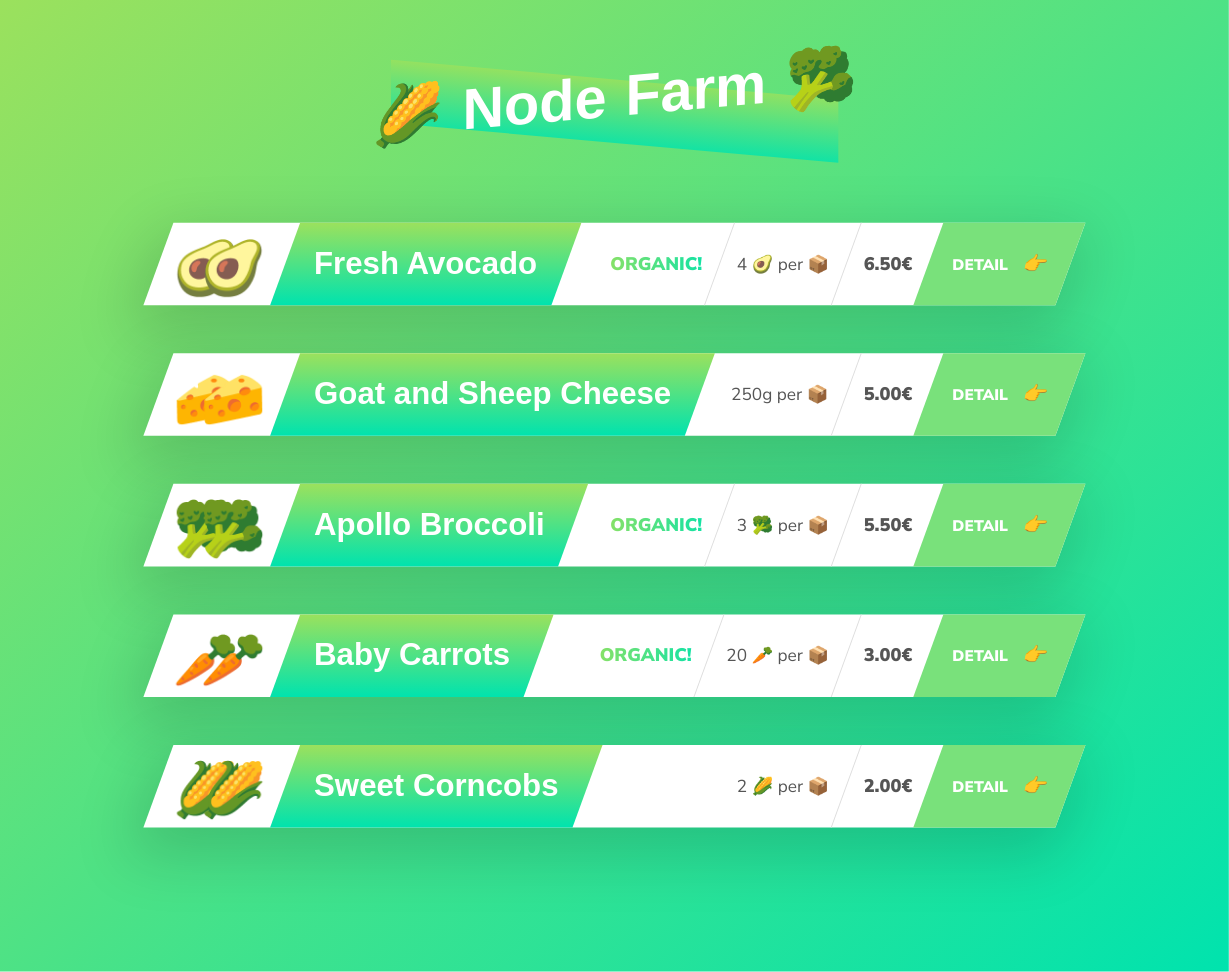
Repository: TranMinhMan040702/nodeJS_UDM
Page: templates/template-overview.html
An editor plug-in stored every save of this project. The page is shown before and after the next save, followed by the edit.
The browser window is 1280 px wide. The pictures show the whole page, at 96% of full size.
Some web fonts or font styles are not loaded; a fallback is used.

Above is the page before, as saved 2022-09-16 19:55:58.

### templates/template-overview.html
<!DOCTYPE html>
<html lang="en">
    <head>
        <meta charset="UTF-8" />
        <meta name="viewport" content="width=device-width, initial-scale=1.0" />
        <meta http-equiv="X-UA-Compatible" content="ie=edge" />
        <link
            href="https://fonts.googleapis.com/css?family=Megrim|Nunito+Sans:400,900"
            rel="stylesheet"
        />
        <link
            rel="icon"
            href="https://emojipedia-us.s3.dualstack.us-west-1.amazonaws.com/thumbs/240/apple/155/ear-of-maize_1f33d.png"
        />

        <title>NODE FARM</title>

        <style>
            *,
            *::before,
            *::after {
                margin: 0;
                padding: 0;
                box-sizing: inherit;
            }

            html {
                font-size: 62.5%;
                box-sizing: border-box;
            }

            body {
                padding: 5rem 5rem 10rem;
                line-height: 1.7;
                font-family: "Nunito Sans", sans-serif;
                color: #555;
                min-height: 100vh;
                background: linear-gradient(to bottom right, #9be15d, #00e3ae);
            }

            h1 {
                font-family: "Megrim", sans-serif;
                font-size: 6rem;
                color: white;
                transform: skewY(-5deg);
                text-align: center;
                position: relative;
                word-spacing: 3px;
            }

            h1::before {
                content: "";
                display: block;
                height: 65%;
                width: 49%;
                position: absolute;
                top: 105%;
                left: 50%;
                background: linear-gradient(to bottom, #9be15d, #00e3ae);
                opacity: 0.8;
                z-index: -1;
                transform: skewY(370deg) translate(-50%, -50%);
            }

            .container {
                width: 95rem;
                margin: 0 auto;
            }

            .cards-container {
                margin-top: 8rem;
            }

            .card {
                background: white;
                box-shadow: 0 2rem 6rem 1rem rgba(0, 0, 0, 0.15);
                margin-bottom: 5rem;
                transform: skewX(-20deg);
                display: flex;
                transition: all 0.5s;
            }

            .card__emoji {
                font-size: 5.5rem;
                line-height: 1.2;
                padding: 1.5rem 6rem 0.5rem 1.5rem;
                letter-spacing: -4rem;
                transform: skewX(20deg);
            }

            .card__title-box {
                background: linear-gradient(to bottom, #9be15d, #00e3ae);
                margin-right: auto;
                display: flex;
                align-items: center;
                padding: 0 3rem;
            }

            .card__title {
                font-family: "Megrim", sans-serif;
                color: white;
                font-size: 3.25rem;
                transform: skewX(20deg);
            }

            .card__details {
                display: flex;
            }

            .card__detail-box {
                align-self: stretch;
                border-right: 1px solid #ddd;
                display: flex;
                align-items: center;
            }

            .card__detail-box:last-child {
                border: none;
            }

            .card__detail {
                font-weight: 400;
                font-size: 1.8rem;
                transform: skewX(20deg);
                padding: 1.75rem;
            }

            .card__detail--organic {
                font-weight: 900;
                text-transform: uppercase;
                font-size: 1.9rem;
                background-image: linear-gradient(to right, #9be15d, #00e3ae);
                -webkit-background-clip: text;
                background-clip: text;
                color: transparent;
            }

            .card__detail--price {
                font-weight: 900;
                font-size: 1.9rem;
            }

            .card__link:link,
            .card__link:visited {
                flex: 0 0 auto;
                background-color: #79e17b;
                color: white;
                font-size: 1.6rem;
                font-weight: 900;
                text-transform: uppercase;
                text-decoration: none;
                padding: 2.5rem;
                text-align: center;
                display: flex;
                align-items: center;
                justify-content: center;
                transition: all 0.3s;
            }

            .card__link:hover,
            .card__link:active {
                background-color: #9be15d;
            }

            .card__link span {
                transform: skewX(20deg);
            }

            .card:hover {
                transform: skewX(-20deg) scale(1.08);
                box-shadow: 0 3rem 8rem 2rem rgba(0, 0, 0, 0.15);
            }

            .emoji-left {
                font-size: 2rem;
                margin-right: 1rem;
            }

            .emoji-right {
                font-size: 2rem;
                margin-left: 1rem;
            }

            .not-organic {
                display: none;
            }
        </style>
    </head>

    <body>
        <div class="container">
            <h1>🌽 Node Farm 🥦</h1>

            <div class="cards-container">
                <figure class="card">
                    <div class="card__emoji">🥑🥑</div>

                    <div class="card__title-box">
                        <h2 class="card__title">Fresh Avocado</h2>
                    </div>

                    <div class="card__details">
                        <div class="card__detail-box">
                            <h6 class="card__detail card__detail--organic">
                                Organic!
                            </h6>
                        </div>

                        <div class="card__detail-box">
                            <h6 class="card__detail">4 🥑 per 📦</h6>
                        </div>

                        <div class="card__detail-box">
                            <h6 class="card__detail card__detail--price">
                                6.50€
                            </h6>
                        </div>
                    </div>

                    <a class="card__link" href="#">
                        <span>Detail <i class="emoji-right">👉</i></span>
                    </a>
                </figure>

                <figure class="card">
                    <div class="card__emoji">🧀🧀</div>
                    <div class="card__title-box">
                        <h2 class="card__title">Goat and Sheep Cheese</h2>
                    </div>

                    <div class="card__details">
                        <div class="card__detail-box">
                            <h6 class="card__detail">250g per 📦</h6>
                        </div>

                        <div class="card__detail-box">
                            <h6 class="card__detail card__detail--price">
                                5.00€
                            </h6>
                        </div>
                    </div>

                    <a class="card__link" href="#">
                        <span>Detail <i class="emoji-right">👉</i></span>
                    </a>
                </figure>

                <figure class="card">
                    <div class="card__emoji">🥦🥦</div>
                    <div class="card__title-box">
                        <h2 class="card__title">Apollo Broccoli</h2>
                    </div>

                    <div class="card__details">
                        <div class="card__detail-box">
                            <h6 class="card__detail card__detail--organic">
                                Organic!
                            </h6>
                        </div>

                        <div class="card__detail-box">
                            <h6 class="card__detail">3 🥦 per 📦</h6>
                        </div>

                        <div class="card__detail-box">
                            <h6 class="card__detail card__detail--price">
                                5.50€
                            </h6>
                        </div>
                    </div>

                    <a class="card__link" href="#">
                        <span>Detail <i class="emoji-right">👉</i></span>
                    </a>
                </figure>

                <figure class="card">
                    <div class="card__emoji">🥕🥕</div>
                    <div class="card__title-box">
                        <h2 class="card__title">Baby Carrots</h2>
                    </div>

                    <div class="card__details">
                        <div class="card__detail-box">
                            <h6 class="card__detail card__detail--organic">
                                Organic!
                            </h6>
                        </div>

                        <div class="card__detail-box">
                            <h6 class="card__detail">20 🥕 per 📦</h6>
                        </div>

                        <div class="card__detail-box">
                            <h6 class="card__detail card__detail--price">
                                3.00€
                            </h6>
                        </div>
                    </div>

                    <a class="card__link" href="#">
                        <span>Detail <i class="emoji-right">👉</i></span>
                    </a>
                </figure>

                <figure class="card">
                    <div class="card__emoji">🌽🌽</div>
                    <div class="card__title-box">
                        <h2 class="card__title">Sweet Corncobs</h2>
                    </div>

                    <div class="card__details">
                        <div class="card__detail-box">
                            <h6 class="card__detail">2 🌽 per 📦</h6>
                        </div>

                        <div class="card__detail-box">
                            <h6 class="card__detail card__detail--price">
                                2.00€
                            </h6>
                        </div>
                    </div>

                    <a class="card__link" href="#">
                        <span>Detail <i class="emoji-right">👉</i></span>
                    </a>
                </figure>
            </div>
        </div>
    </body>
</html>

After the next save:
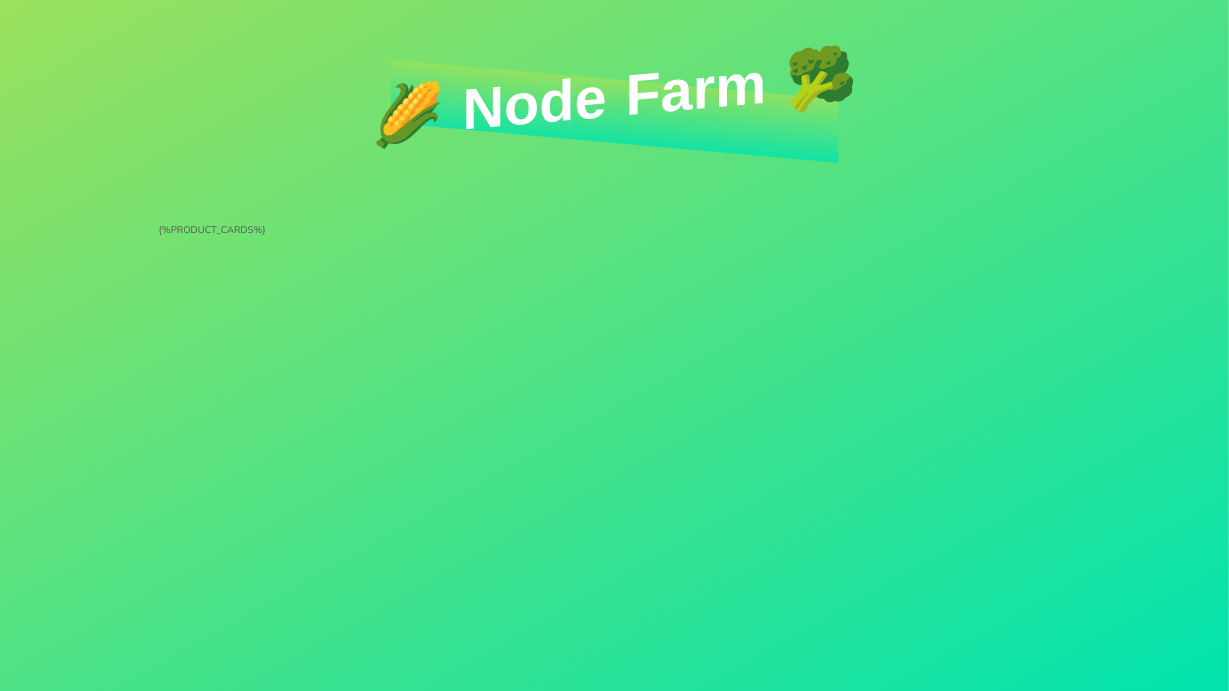
Saved 48 s later.
--- a/templates/template-overview.html
+++ b/templates/template-overview.html
@@ -190,141 +190,8 @@
     <body>
         <div class="container">
             <h1>🌽 Node Farm 🥦</h1>
-
             <div class="cards-container">
-                <figure class="card">
-                    <div class="card__emoji">🥑🥑</div>
-
-                    <div class="card__title-box">
-                        <h2 class="card__title">Fresh Avocado</h2>
-                    </div>
-
-                    <div class="card__details">
-                        <div class="card__detail-box">
-                            <h6 class="card__detail card__detail--organic">
-                                Organic!
-                            </h6>
-                        </div>
-
-                        <div class="card__detail-box">
-                            <h6 class="card__detail">4 🥑 per 📦</h6>
-                        </div>
-
-                        <div class="card__detail-box">
-                            <h6 class="card__detail card__detail--price">
-                                6.50€
-                            </h6>
-                        </div>
-                    </div>
-
-                    <a class="card__link" href="#">
-                        <span>Detail <i class="emoji-right">👉</i></span>
-                    </a>
-                </figure>
-
-                <figure class="card">
-                    <div class="card__emoji">🧀🧀</div>
-                    <div class="card__title-box">
-                        <h2 class="card__title">Goat and Sheep Cheese</h2>
-                    </div>
-
-                    <div class="card__details">
-                        <div class="card__detail-box">
-                            <h6 class="card__detail">250g per 📦</h6>
-                        </div>
-
-                        <div class="card__detail-box">
-                            <h6 class="card__detail card__detail--price">
-                                5.00€
-                            </h6>
-                        </div>
-                    </div>
-
-                    <a class="card__link" href="#">
-                        <span>Detail <i class="emoji-right">👉</i></span>
-                    </a>
-                </figure>
-
-                <figure class="card">
-                    <div class="card__emoji">🥦🥦</div>
-                    <div class="card__title-box">
-                        <h2 class="card__title">Apollo Broccoli</h2>
-                    </div>
-
-                    <div class="card__details">
-                        <div class="card__detail-box">
-                            <h6 class="card__detail card__detail--organic">
-                                Organic!
-                            </h6>
-                        </div>
-
-                        <div class="card__detail-box">
-                            <h6 class="card__detail">3 🥦 per 📦</h6>
-                        </div>
-
-                        <div class="card__detail-box">
-                            <h6 class="card__detail card__detail--price">
-                                5.50€
-                            </h6>
-                        </div>
-                    </div>
-
-                    <a class="card__link" href="#">
-                        <span>Detail <i class="emoji-right">👉</i></span>
-                    </a>
-                </figure>
-
-                <figure class="card">
-                    <div class="card__emoji">🥕🥕</div>
-                    <div class="card__title-box">
-                        <h2 class="card__title">Baby Carrots</h2>
-                    </div>
-
-                    <div class="card__details">
-                        <div class="card__detail-box">
-                            <h6 class="card__detail card__detail--organic">
-                                Organic!
-                            </h6>
-                        </div>
-
-                        <div class="card__detail-box">
-                            <h6 class="card__detail">20 🥕 per 📦</h6>
-                        </div>
-
-                        <div class="card__detail-box">
-                            <h6 class="card__detail card__detail--price">
-                                3.00€
-                            </h6>
-                        </div>
-                    </div>
-
-                    <a class="card__link" href="#">
-                        <span>Detail <i class="emoji-right">👉</i></span>
-                    </a>
-                </figure>
-
-                <figure class="card">
-                    <div class="card__emoji">🌽🌽</div>
-                    <div class="card__title-box">
-                        <h2 class="card__title">Sweet Corncobs</h2>
-                    </div>
-
-                    <div class="card__details">
-                        <div class="card__detail-box">
-                            <h6 class="card__detail">2 🌽 per 📦</h6>
-                        </div>
-
-                        <div class="card__detail-box">
-                            <h6 class="card__detail card__detail--price">
-                                2.00€
-                            </h6>
-                        </div>
-                    </div>
-
-                    <a class="card__link" href="#">
-                        <span>Detail <i class="emoji-right">👉</i></span>
-                    </a>
-                </figure>
+                {%PRODUCT_CARDS%}
             </div>
         </div>
     </body>
